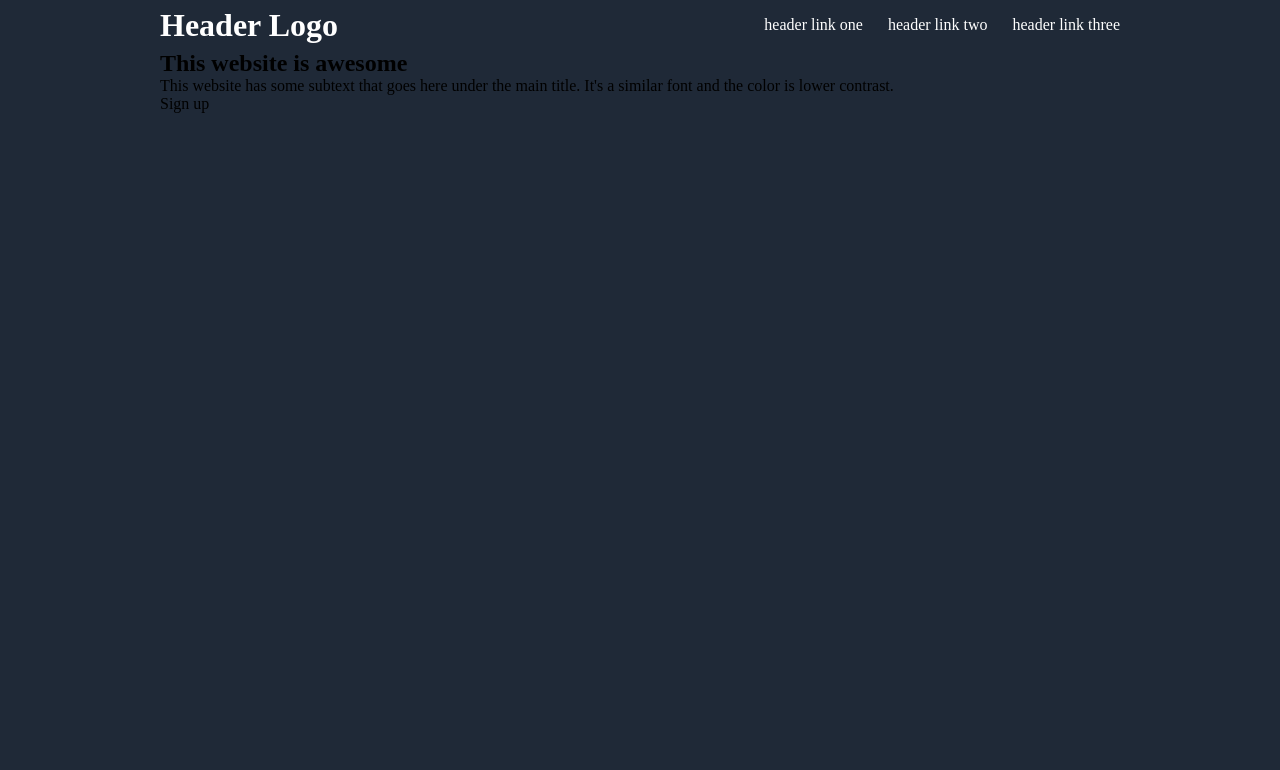
Repository: Pafestivo/Dummy-Landing-Page
Page: index.html
These files come from the project's save history. The page is drawn as it stood at one moment and after a run of saves; the edit follows.
The browser window is 1280 px wide. The pictures show the whole page.

Above is the page before, as saved 2022-09-26 17:51:54.

### index.html
<!DOCTYPE html>
<html lang="en">
<head>
    <meta charset="UTF-8">
    <meta name="viewport" content="width=device-width, initial-scale=1.0">
    <link rel="stylesheet" href="styles.css">
    <title>Landing Page</title>
</head>
<body>
    <header>
        <div class="container">
            <h1>Header Logo</h1>
            <nav>
                <a href="#">header link one</a>
                <a href="#">header link two</a>
                <a href="#">header link three</a>
            </nav>
        </div> <!-- /container-->
    </header>
    <main>
        <section class="first">
            <div class="container">
                <h1>This website is awesome</h1>
                <p>This website has some subtext that goes here under the main title. It's a similar font and the color is lower contrast.</p>
                <a href="#">Sign up</a>
                <img
                    src=""
                    alt=""
                />
            </div> <!-- /container-->
        </section> <!-- /first -->

        <section class="second">
            <div class="container">

            </div> <!-- /container-->
        </section> <!-- /second -->

        <section class="third">
            <div class="container">

            </div> <!-- /container-->
        </section> <!-- /third -->

        <section class="fourth">
            <div class="container">

            </div> <!-- /container-->
        </section> <!-- /fourth -->

        <footer>

        </footer>
    </main>
</body>
</html>

### styles.css
* {
  padding: 0;
  margin: 0;
  box-sizing: border-box;
}

body {
  font-family: serif;
  background-color: #eee;
}

.container {
  width: 75vw;
  margin: 0 auto;
}

a {
  text-decoration: none;
  color: inherit;
}

/* header bar */
header {
  display: flex;
  align-items: center;
  background-color: #1F2937;
  color: #fff;
  height: 50px;
}

header .container {
  display: flex;
  justify-content: space-between;
}

header nav {
  display: flex;
  align-items: center;
  gap: 25px;
}
/* End header bar  */

/* First section  */
.first {
  background-color: #1F2937;
  height: 100vh;
}
/* End first section  */

After the next 2 saves:
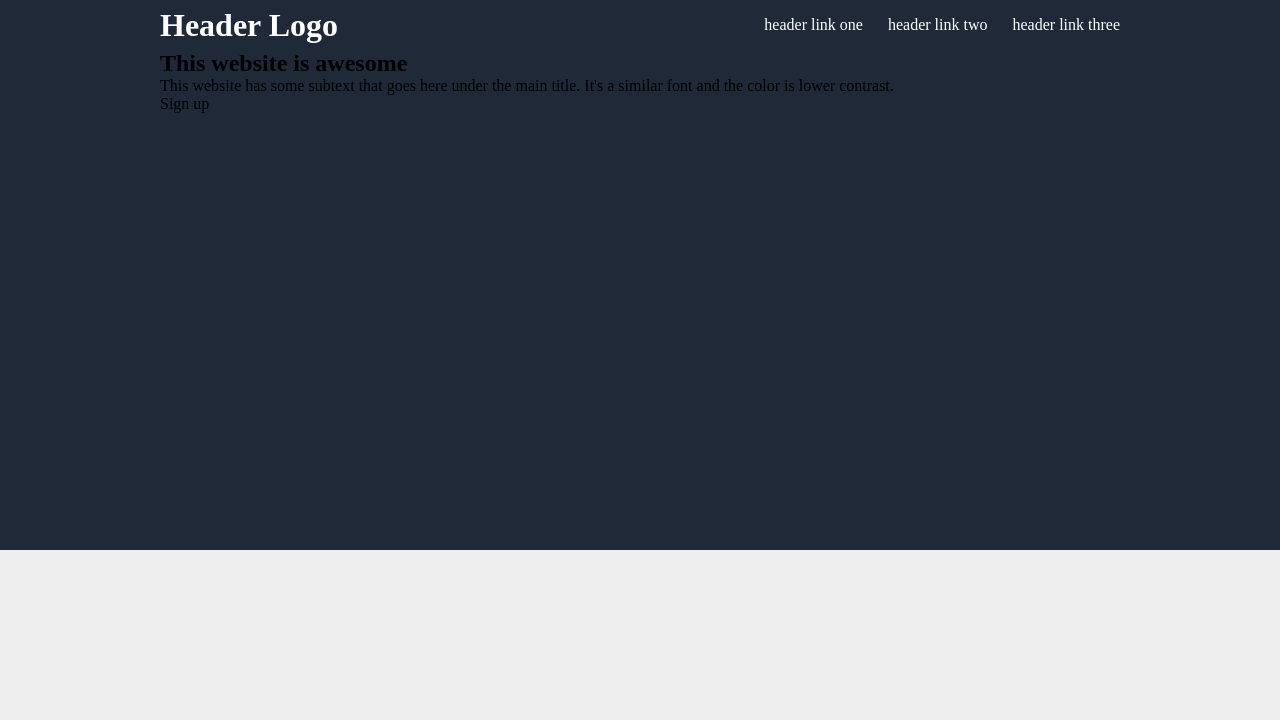
The 2 saves are shown as one change because they came seconds apart.
The last was saved 14 s later.
--- a/styles.css
+++ b/styles.css
@@ -43,6 +43,6 @@ header nav {
 /* First section  */
 .first {
   background-color: #1F2937;
-  height: 100vh;
+  height: 500px;
 }
 /* End first section  */
